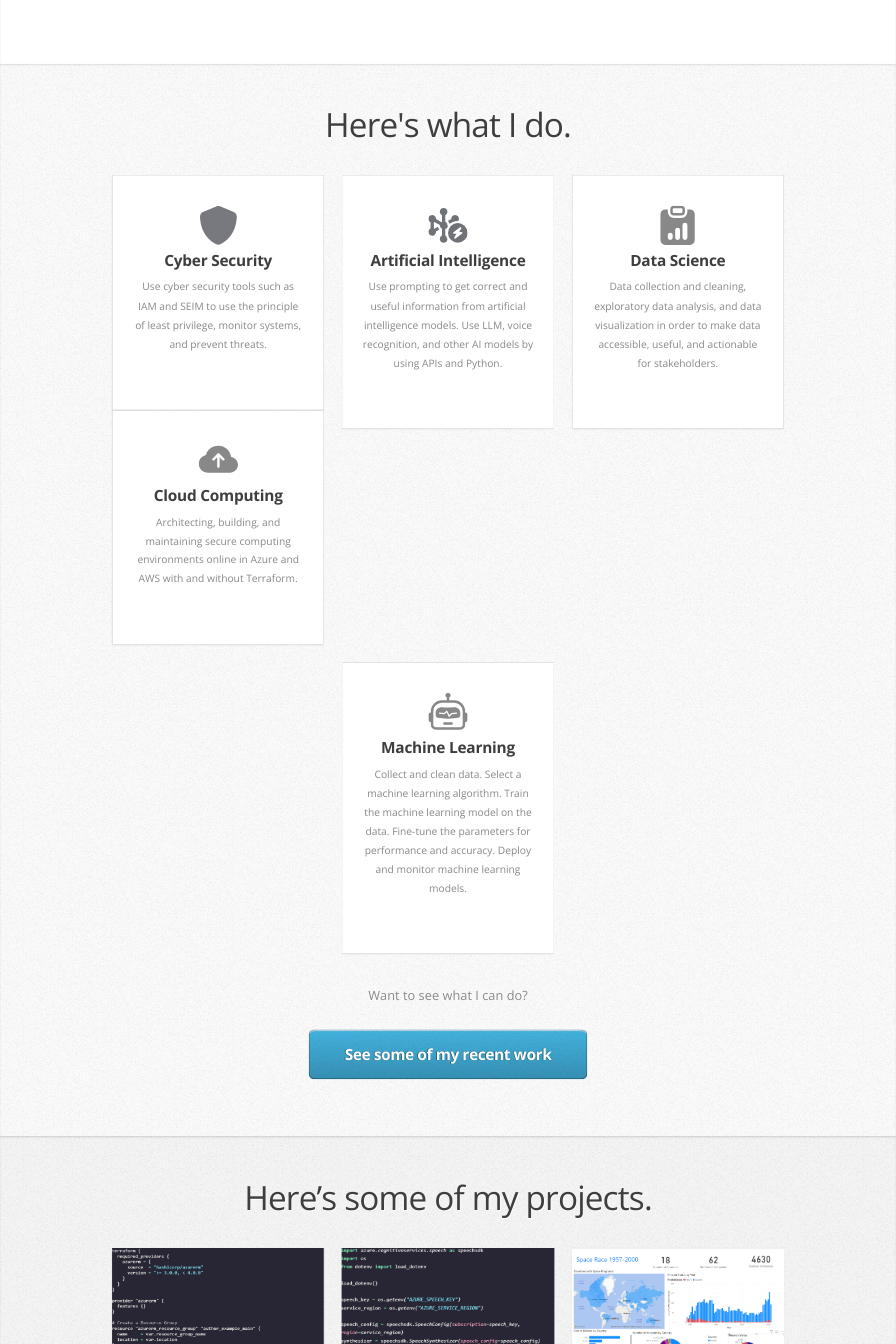
Repository: lauralstephenson/Portfolio_Personal
Page: index.html
An editor plug-in stored every save of this project. The page is shown before and after the next save, followed by the edit.
The browser window is 1280 px wide. The pictures show the part of the page from y = 547 to 2467 px (the page is 4752 px tall before and 4310 px after), at 70% of full size.

Above is the page before, as saved 2026-04-20 18:54:49.

### index.html
<!DOCTYPE HTML>
<!--
	Miniport by HTML5 UP
	html5up.net | @ajlkn
	Free for personal and commercial use under the CCA 3.0 license (html5up.net/license)
-->

<html lang="en">
	<head>
		<title>Laura Stephenson Cloud Portfolio Webpage</title>
		<meta charset="utf-8">
		<meta name="viewport" content="width=device-width, initial-scale=1">
		<!-- Font Awesome -->
		<link rel="stylesheet" href="https://cdnjs.cloudflare.com/ajax/libs/font-awesome/5.15.4/css/all.min.css">
		<link rel="stylesheet" href="assets/css/main.css">
	</head>
	<body class="is-preload">

		<!-- Nav -->
			<nav id="nav">
				<ul class="container">
					<li><a href="#top">Top</a></li>
					<li><a href="#work">Work</a></li>
					<li><a href="#portfolio">Portfolio</a></li>
					<li><a href="#contact">Contact</a></li>
				</ul>
			</nav>

		<!-- Home -->
			<article id="top" class="wrapper style1">
				<div class="container">
					<div class="row">
						<div class="col-4 col-5-large col-12-medium">
							<span class="image fit"><img src="images/round_cloud_computing.png" alt="" /></span>
						</div>
						<div class="col-8 col-7-large col-12-medium">
							<header>
								<h1>Hi. I'm <strong>Laura Stephenson.</strong></h1>
							</header>
							<p><strong>I'm a cloud and cyber security practitioner, Python coder,
								and machine learning and data scientist.</strong></a></p>
							<a href="#work" class="button large scrolly">Learn about what I do</a>
						</div>
					</div>
				</div>
			</article>

		<!-- Work -->
			<article id="work" class="wrapper style2">
				<div class="container">
					<header>
						<h1>Here's what I do.</h1>
					</header>
					<div class="row aln-center equal-height">
						<div class="col-4 col-6-medium col-12-small">
							<div class="col-4 col-6-medium col-12-small">
							<section class="box style1">
								<div class="box-content">
									<svg xmlns="http://www.w3.org/2000/svg" height="56" width="56" viewBox="0 0 512 512">
										<!--!Font Awesome Free 6.7.2 by @fontawesome - https://fontawesome.com License - https://fontawesome.com/license/free Copyright 2025 Fonticons, Inc.-->
										<path fill="#77797e" d="M256 0c4.6 0 9.2 1 13.4 2.9L457.7 82.8c22 9.3 38.4 31 38.3 57.2c-.5 99.2-41.3 280.7-213.6 363.2c-16.7 8-36.1 8-52.8 0C57.3 420.7 16.5 239.2 16 140c-.1-26.2 16.3-47.9 38.3-57.2L242.7 2.9C246.8 1 251.4 0 256 0z"/>
									</svg>
									<h3>Cyber Security</h3>
									<p>Use cyber security tools such as IAM and SEIM to use the principle of least privilege, monitor systems, and prevent threats.</p>
								</div>
							</section>
						</div>
							<section class="box style1">
								<div class="box-content">
									<svg xmlns="http://www.w3.org/2000/svg"
									width="56" height="56"
									fill="currentColor"
									class="bi bi-cloud-arrow-up-fill"
									viewBox="0 0 16 16">
										<path d="M8 2a5.53 5.53 0 0 0-3.594 1.342c-.766.66-1.321 1.52-1.464 2.383C1.266 6.095 0 7.555 0 9.318 0 11.366 1.708 13 3.781 13h8.906C14.502 13 16 11.57 16 9.773c0-1.636-1.242-2.969-2.834-3.194C12.923 3.999 10.69 2 8 2m2.354 5.146a.5.5 0 0 1-.708.708L8.5 6.707V10.5a.5.5 0 0 1-1 0V6.707L6.354 7.854a.5.5 0 1 1-.708-.708l2-2a.5.5 0 0 1 .708 0z"/>
									</svg>
									<h3>Cloud Computing</h3>
									<p>Architecting, building, and maintaining secure computing environments online in Azure and AWS with and without Terraform.</p>
								</div>
							</section>
						</div>
						<div class="col-4 col-6-medium col-12-small">
							<section class="box style1">
								<div class="box-content">
									<svg xmlns="http://www.w3.org/2000/svg" height="56" width="56" viewBox="0 0 576 512">
										<!--!Font Awesome Free 6.7.2 by @fontawesome - https://fontawesome.com License - https://fontawesome.com/license/free Copyright 2025 Fonticons, Inc.-->
										<path fill="#6f7276" d="M248 106.6c18.9-9 32-28.3 32-50.6c0-30.9-25.1-56-56-56s-56 25.1-56 56c0 22.3 13.1 41.6 32 50.6l0 98.8c-2.8 1.3-5.5 2.9-8 4.7l-80.1-45.8c1.6-20.8-8.6-41.6-27.9-52.8C57.2 96 23 105.2 7.5 132S1.2 193 28 208.5c1.3 .8 2.6 1.5 4 2.1l0 90.8c-1.3 .6-2.7 1.3-4 2.1C1.2 319-8 353.2 7.5 380S57.2 416 84 400.5c19.3-11.1 29.4-32 27.8-52.8l50.5-28.9c-11.5-11.2-19.9-25.6-23.8-41.7L88 306.1c-2.6-1.8-5.2-3.3-8-4.7l0-90.8c2.8-1.3 5.5-2.9 8-4.7l80.1 45.8c-.1 1.4-.2 2.8-.2 4.3c0 22.3 13.1 41.6 32 50.6l0 98.8c-18.9 9-32 28.3-32 50.6c0 30.9 25.1 56 56 56c30.7 0 55.6-24.7 56-55.2c-7.5-12.9-13.5-26.8-17.6-41.5c-4.2-4-9.1-7.3-14.4-9.9l0-98.8c2.8-1.3 5.5-2.9 8-4.7l10.5 6c5.5-15.3 13.1-29.5 22.4-42.5l-9.1-5.2c.1-1.4 .2-2.8 .2-4.3c0-22.3-13.1-41.6-32-50.6l0-98.8zM440.5 132C425 105.2 390.8 96 364 111.5c-19.3 11.1-29.4 32-27.8 52.8l-50.6 28.9c11.5 11.2 19.9 25.6 23.8 41.7L360 205.9c.4 .3 .8 .6 1.3 .9c21.7-9.5 45.6-14.8 70.8-14.8c2 0 4 0 5.9 .1c12.1-17.3 13.8-40.6 2.6-60.1zM432 512a144 144 0 1 0 0-288 144 144 0 1 0 0 288zm47.9-225c4.3 3.7 5.4 9.9 2.6 14.9L452.4 356l35.6 0c5.2 0 9.8 3.3 11.4 8.2s-.1 10.3-4.2 13.4l-96 72c-4.5 3.4-10.8 3.2-15.1-.6s-5.4-9.9-2.6-14.9L411.6 380 376 380c-5.2 0-9.8-3.3-11.4-8.2s.1-10.3 4.2-13.4l96-72c4.5-3.4 10.8-3.2 15.1 .6z"/>
									</svg>
									<h3>Artificial Intelligence</h3>
									<p>Use prompting to get correct and useful information from artificial intelligence models. Use LLM, voice recognition, and other AI models by using APIs and Python.</p>
								</div>
							</section>
						</div>
						<div class="col-4 col-6-medium col-12-small">
							<section class="box style1">
								<div class="box-content">
									<svg xmlns="http://www.w3.org/2000/svg" width="56" height="56" fill="currentColor" class="bi bi-clipboard-data-fill" viewBox="0 0 16 16">
										<path d="M6.5 0A1.5 1.5 0 0 0 5 1.5v1A1.5 1.5 0 0 0 6.5 4h3A1.5 1.5 0 0 0 11 2.5v-1A1.5 1.5 0 0 0 9.5 0zm3 1a.5.5 0 0 1 .5.5v1a.5.5 0 0 1-.5.5h-3a.5.5 0 0 1-.5-.5v-1a.5.5 0 0 1 .5-.5z"/>
										<path d="M4 1.5H3a2 2 0 0 0-2 2V14a2 2 0 0 0 2 2h10a2 2 0 0 0 2-2V3.5a2 2 0 0 0-2-2h-1v1A2.5 2.5 0 0 1 9.5 5h-3A2.5 2.5 0 0 1 4 2.5zM10 8a1 1 0 1 1 2 0v5a1 1 0 1 1-2 0zm-6 4a1 1 0 1 1 2 0v1a1 1 0 1 1-2 0zm4-3a1 1 0 0 1 1 1v3a1 1 0 1 1-2 0v-3a1 1 0 0 1 1-1"/>
									</svg>
									<h3>Data Science</h3>
									<p>Data collection and cleaning, exploratory data analysis, and data visualization
										in order to make data accessible, useful, and actionable for stakeholders.</p>
								</div>
							</section>
						</div>
						<div class="col-4 col-6-medium col-12-small">
							<section class="box style1">
									<div class="box-content">
									<svg xmlns="http://www.w3.org/2000/svg" width="56" height="56" fill="currentColor" class="bi bi-robot" viewBox="0 0 16 16">
										<path d="M6 12.5a.5.5 0 0 1 .5-.5h3a.5.5 0 0 1 0 1h-3a.5.5 0 0 1-.5-.5M3 8.062C3 6.76 4.235 5.765 5.53 5.886a26.6 26.6 0 0 0 4.94 0C11.765 5.765 13 6.76 13 8.062v1.157a.93.93 0 0 1-.765.935c-.845.147-2.34.346-4.235.346s-3.39-.2-4.235-.346A.93.93 0 0 1 3 9.219zm4.542-.827a.25.25 0 0 0-.217.068l-.92.9a25 25 0 0 1-1.871-.183.25.25 0 0 0-.068.495c.55.076 1.232.149 2.02.193a.25.25 0 0 0 .189-.071l.754-.736.847 1.71a.25.25 0 0 0 .404.062l.932-.97a25 25 0 0 0 1.922-.188.25.25 0 0 0-.068-.495c-.538.074-1.207.145-1.98.189a.25.25 0 0 0-.166.076l-.754.785-.842-1.7a.25.25 0 0 0-.182-.135"/>
										<path d="M8.5 1.866a1 1 0 1 0-1 0V3h-2A4.5 4.5 0 0 0 1 7.5V8a1 1 0 0 0-1 1v2a1 1 0 0 0 1 1v1a2 2 0 0 0 2 2h10a2 2 0 0 0 2-2v-1a1 1 0 0 0 1-1V9a1 1 0 0 0-1-1v-.5A4.5 4.5 0 0 0 10.5 3h-2zM14 7.5V13a1 1 0 0 1-1 1H3a1 1 0 0 1-1-1V7.5A3.5 3.5 0 0 1 5.5 4h5A3.5 3.5 0 0 1 14 7.5"/>
									</svg>
									<h3>Machine Learning</h3>
									<p>Collect and clean data. Select a machine learning algorithm.
										Train the machine learning model on the data. Fine-tune the parameters for
										performance and accuracy. Deploy and monitor machine learning models.</p>
								</div>
							</section>
						</div>
					</div>
					<footer>
						<p>Want to see what I can do?</p>
						<a href="#portfolio" class="button large scrolly">See some of my recent work</a>
					</footer>
				</div>
			</article>

		<!-- Portfolio -->
			<article id="portfolio" class="wrapper style3">
				<div class="container">
					<header>
						<h1>Here’s some of my projects.</h1>
					</header>
					<div class="row aln-center equal-height">
						<div class="col-4 col-6-medium col-12-small">
							<article class="box style2">
								<div class="box-content">
									<a href="https://github.com/lauralstephenson/pseudocode_terraform_examples_for_website" class="image featured"><img src="images\terraform_portfolio_pic.png" alt="" /></a>
									<h3><a href="https://github.com/lauralstephenson/pseudocode_terraform_examples_for_website">Terraform project</a></h3>
									<p>I created this Terraform project to move an author website to Azure,
										containerize it, add a database for subscribers, add secrets to an
										Azure Key Vault, lock the Terraform file, and add listeners for both
										email opt-outs and for the reader magnet.
									</p>
								</div>
							</article>
						</div>
						<div class="col-4 col-6-medium col-12-small">
							<article class="box style2">
								<div class="box-content">
									<a href="https://github.com/lauralstephenson/cloud_py_portfolio/tree/main/Text_to_Speech" class="image featured"><img src="images\screenshot_text_to_speech_app.png" alt="" /></a>
									<h3><a href="https://github.com/lauralstephenson/cloud_py_portfolio/tree/main/Text_to_Speech">Text to Speech App</a></h3>
									<p>This app uses Azure's text-to-speech to help authors
										hear the voices of their characters and to catch errors
										by listening to their work.
									</p>
								</div>
							</article>
						</div>
						<div class="col-4 col-6-medium col-12-small">
							<article class="box style2">
								<div class="box-content">
									<a href="https://github.com/lauralstephenson/cloud_py_portfolio/tree/main/Space_Race" class="image featured"><img src="images/space_race.png" alt="" /></a>
									<h3><a href="https://github.com/lauralstephenson/cloud_py_portfolio/tree/main/Space_Race">Space Race</a></h3>
									<p>This is an analysis of the worldwide space race since 1957.</p>
								</div>
							</article>
						</div>
						<div class="col-4 col-6-medium col-12-small">
							<article class="box style2">
								<div class="box-content">
									<a href="https://github.com/lauralstephenson/cloud_py_portfolio/tree/main/Dog_Breed" class="image featured"><img src="images/dog_breed_identification_project.png" alt="" /></a>
									<h3><a href="https://github.com/lauralstephenson/cloud_py_portfolio/tree/main/Dog_Breed">Dog Breed Identification Project</a></h3>
									<p>This is a machine learning project to identify the breeds of dogs in photos.</p>
								</div>
							</article>
						</div>
						<div class="col-4 col-6-medium col-12-small">
							<article class="box style2">
								<div class="box-content">
									<a href="https://github.com/lauralstephenson/cloud_py_portfolio/tree/main/Bulldozer_Price_Regression" class="image featured"><img src="images/bulldozer_price_regression_project.png" alt="" /></a>
									<h3><a href="https://github.com/lauralstephenson/cloud_py_portfolio/tree/main/Bulldozer_Price_Regression">Bulldozer Price Regression Project</a></h3>
									<p>This is a price regression project to predict the price of bulldozers.</p>
								</div>
							</article>
						</div>
						<div class="col-4 col-6-medium col-12-small">
							<article class="box style2">
								<div class="box-content">
									<a href="https://medium.com/@lstephenson556/creating-a-text-to-speech-app-with-azure-a-writers-guide-46cbf42556f0" class="image featured"><img src="images\screenshot_medium_text_to_speech_article.png" alt="" /></a>
									<h3><a href="https://medium.com/@lstephenson556/creating-a-text-to-speech-app-with-azure-a-writers-guide-46cbf42556f0">Medium Article on the Text-to-Speech Project</a></h3>
									<p>This is the article I wrote and published on Medium for my Text-to-Speech app project.</p>
								</div>
							</article>
						</div>
						<div class="col-4 col-6-medium col-12-small">
							<article class="box style2">
								<div class="box-content">
									<a href="https://medium.com/@lstephenson556/moving-a-website-to-azure-using-terraform-an-authors-journey-1ab68dd8db76"
									class="image featured"><img src="images\screenshot_medium_terraform_azure_article.png" alt="" /></a>
									<h3><a href="https://medium.com/@lstephenson556/moving-a-website-to-azure-using-terraform-an-authors-journey-1ab68dd8db76">Medium Article on Moving a Website to Azure Using Terraform Project</a></h3>
									<p>This is the article I wrote and published on Medium for my Terraform Azure project to move a website to Azure.</p>
								</div>
							</article>
						</div>
						<div class="col-4 col-6-medium col-12-small">
							<article class="box style2">
								<div class="box-content">
									<a href="https://medium.com/@lstephenson556/cybersecurity-aspects-of-creating-an-author-website-with-terraform-12f4682b89b7"
									class="image featured"><img src="images/cybersecurity_plan_medium.png" alt="Segment of Medium article about a cybersecurity plan" /></a>
									<h3><a href="https://medium.com/@lstephenson556/cybersecurity-aspects-of-creating-an-author-website-with-terraform-12f4682b89b7">Medium Article on the Cybersecurity Aspects of the Azure Project</a></h3>
									<p>This is the article I wrote and published on Medium about the cybersecurity aspects for my Terraform Azure project to move a website to Azure.</p>
								</div>
							</article>
						</div>
						<div class="col-4 col-6-medium col-12-small">
							<article class="box style2">
								<div class="box-content">
									<a href="Cybersecurity Plan For A Small Author Business.pdf"
									class="image featured"><img src="images/cybersecurity_plan.png" alt="Snap of Cybersecurity Plan" /></a>
									<h3><a href="Cybersecurity Plan For A Small Author Business.pdf">Cybersecurity Plan for an Author's Small Business</a></h3>
									<p>This is a cybersecurity plan I developed and implemented for a small author website.</p>
								</div>
							</article>
						</div>
					</div>
					<footer>
						<p>Want to learn more?</p>
						<a href="mailto:laurastephensoncareer@gmail.com" class="button large scrolly">Get in touch with me</a>
					</footer>
				</div>
			</article>

		<!-- Contact
			<article id="contact" class="wrapper style4">
				<div class="container medium">
					<header>
						<h2>Let me build for you.</h2>
						<p>Contact me.</p>
					</header>
					<div class="row">
						<div class="col-12">
							<form method="post" action="https://<your-function-app-name>.azurewebsites.net/api/send-email">
								<div class="row">
									<div class="col-6 col-12-small">
										<input type="text" name="name" id="name" placeholder="Name" />
									</div>
									<div class="col-6 col-12-small">
										<input type="text" name="email" id="email" placeholder="Email" />
									</div>
									<div class="col-12">
										<input type="text" name="subject" id="subject" placeholder="Subject" />
									</div>
									<div class="col-12">
										<textarea name="message" id="message" placeholder="Message"></textarea>
									</div>
									<div class="col-12">
										<ul class="actions">
											<li><input type="submit" value="Send Message" /></li>
											<li><input type="reset" value="Clear Form" class="alt" /></li>
										</ul>
									</div>
								</div>
							</form>
						</div -->

						<div class="col-12 center-content footer-custom">
							<hr />
							<p class="find-me-on">Find me on...</p>
							<div class="footer-custom">
								<ul class="social">
									<li><a href="https://www.linkedin.com/in/laurastephenson82/">
										<i class="fab fa-linkedin"></i></a></li>
									<li><a href="https://github.com/lauralstephenson/">
										<i class="fab fa-github"></i></a></li>
									<li><a href="mailto:laurastephensoncareer@gmail.com">
										<i class="fas fa-envelope"></i></a></li>
								</ul>
							</div>
							<hr />
						</div>



						<footer>
							<div class="footer-custom">
								<ul id="copyright">
									<li>&copy; Laura Stephenson © 2024. All rights reserved.</li>
									<li>Design: <a href="http://html5up.net">HTML5 UP</a></li>
								</ul>
						</footer>

			<!--
								<li><a href="#" class="icon brands fa-twitter"><span class="label">Twitter</span></a></li>
								<li><a href="#" class="icon brands fa-tumblr"><span class="label">Tumblr</span></a></li>
								<li><a href="#" class="icon solid fa-rss"><span>RSS</span></a></li>
								<li><a href="#" class="icon brands fa-instagram"><span>Instagram</span></a></li>
								<li><a href="#" class="icon brands fa-foursquare"><span>Foursquare</span></a></li>
								<li><a href="#" class="icon brands fa-skype"><span>Skype</span></a></li>
								<li><a href="#" class="icon brands fa-soundcloud"><span>Soundcloud</span></a></li>
								<li><a href="#" class="icon brands fa-youtube"><span>YouTube</span></a></li>
								<li><a href="#" class="icon brands fa-blogger"><span>Blogger</span></a></li>
								<li><a href="#" class="icon brands fa-flickr"><span>Flickr</span></a></li>
								<li><a href="#" class="icon brands fa-vimeo"><span>Vimeo</span></a></li>
								-->

		<!-- Scripts -->
			<script src="assets/js/jquery.min.js"></script>
			<script src="assets/js/jquery.scrolly.min.js"></script>
			<script src="assets/js/browser.min.js"></script>
			<script src="assets/js/breakpoints.min.js"></script>
			<script src="assets/js/util.js"></script>
			<script src="assets/js/main.js"></script>

	</body>
</html>

Loaded but not shown: assets/js/jquery.min.js (library); assets/js/jquery.scrolly.min.js (common file); assets/js/browser.min.js (common file); assets/js/breakpoints.min.js (common file); assets/js/util.js (587 lines, source omitted); assets/js/main.js (34 lines, source omitted); assets/css/main.css (2549 lines, source omitted)

After the next save:
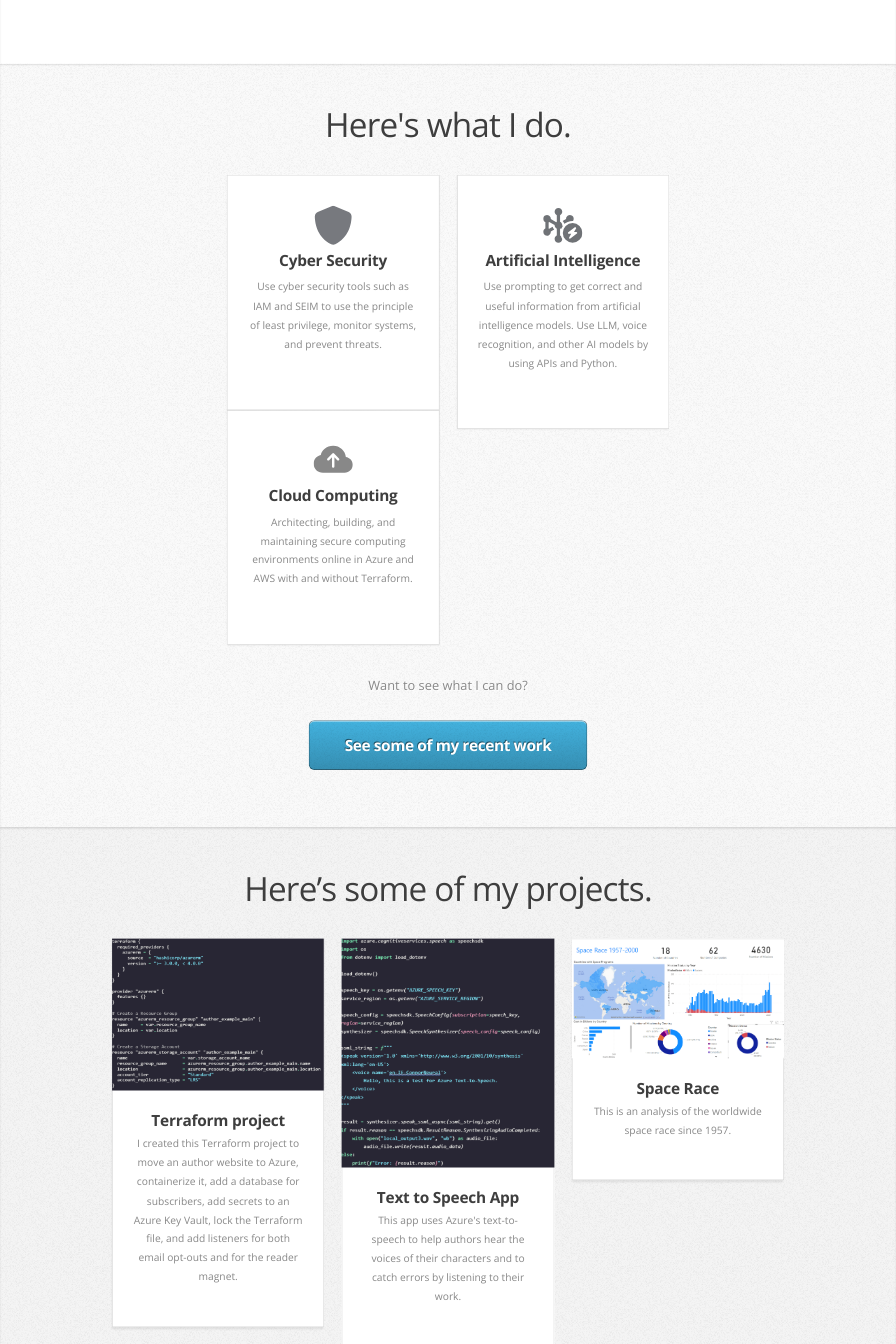
Saved 19 h 17 min later.
--- a/index.html
+++ b/index.html
@@ -91,33 +91,7 @@
 								</div>
 							</section>
 						</div>
-						<div class="col-4 col-6-medium col-12-small">
-							<section class="box style1">
-								<div class="box-content">
-									<svg xmlns="http://www.w3.org/2000/svg" width="56" height="56" fill="currentColor" class="bi bi-clipboard-data-fill" viewBox="0 0 16 16">
-										<path d="M6.5 0A1.5 1.5 0 0 0 5 1.5v1A1.5 1.5 0 0 0 6.5 4h3A1.5 1.5 0 0 0 11 2.5v-1A1.5 1.5 0 0 0 9.5 0zm3 1a.5.5 0 0 1 .5.5v1a.5.5 0 0 1-.5.5h-3a.5.5 0 0 1-.5-.5v-1a.5.5 0 0 1 .5-.5z"/>
-										<path d="M4 1.5H3a2 2 0 0 0-2 2V14a2 2 0 0 0 2 2h10a2 2 0 0 0 2-2V3.5a2 2 0 0 0-2-2h-1v1A2.5 2.5 0 0 1 9.5 5h-3A2.5 2.5 0 0 1 4 2.5zM10 8a1 1 0 1 1 2 0v5a1 1 0 1 1-2 0zm-6 4a1 1 0 1 1 2 0v1a1 1 0 1 1-2 0zm4-3a1 1 0 0 1 1 1v3a1 1 0 1 1-2 0v-3a1 1 0 0 1 1-1"/>
-									</svg>
-									<h3>Data Science</h3>
-									<p>Data collection and cleaning, exploratory data analysis, and data visualization
-										in order to make data accessible, useful, and actionable for stakeholders.</p>
-								</div>
-							</section>
-						</div>
-						<div class="col-4 col-6-medium col-12-small">
-							<section class="box style1">
-									<div class="box-content">
-									<svg xmlns="http://www.w3.org/2000/svg" width="56" height="56" fill="currentColor" class="bi bi-robot" viewBox="0 0 16 16">
-										<path d="M6 12.5a.5.5 0 0 1 .5-.5h3a.5.5 0 0 1 0 1h-3a.5.5 0 0 1-.5-.5M3 8.062C3 6.76 4.235 5.765 5.53 5.886a26.6 26.6 0 0 0 4.94 0C11.765 5.765 13 6.76 13 8.062v1.157a.93.93 0 0 1-.765.935c-.845.147-2.34.346-4.235.346s-3.39-.2-4.235-.346A.93.93 0 0 1 3 9.219zm4.542-.827a.25.25 0 0 0-.217.068l-.92.9a25 25 0 0 1-1.871-.183.25.25 0 0 0-.068.495c.55.076 1.232.149 2.02.193a.25.25 0 0 0 .189-.071l.754-.736.847 1.71a.25.25 0 0 0 .404.062l.932-.97a25 25 0 0 0 1.922-.188.25.25 0 0 0-.068-.495c-.538.074-1.207.145-1.98.189a.25.25 0 0 0-.166.076l-.754.785-.842-1.7a.25.25 0 0 0-.182-.135"/>
-										<path d="M8.5 1.866a1 1 0 1 0-1 0V3h-2A4.5 4.5 0 0 0 1 7.5V8a1 1 0 0 0-1 1v2a1 1 0 0 0 1 1v1a2 2 0 0 0 2 2h10a2 2 0 0 0 2-2v-1a1 1 0 0 0 1-1V9a1 1 0 0 0-1-1v-.5A4.5 4.5 0 0 0 10.5 3h-2zM14 7.5V13a1 1 0 0 1-1 1H3a1 1 0 0 1-1-1V7.5A3.5 3.5 0 0 1 5.5 4h5A3.5 3.5 0 0 1 14 7.5"/>
-									</svg>
-									<h3>Machine Learning</h3>
-									<p>Collect and clean data. Select a machine learning algorithm.
-										Train the machine learning model on the data. Fine-tune the parameters for
-										performance and accuracy. Deploy and monitor machine learning models.</p>
-								</div>
-							</section>
-						</div>
+
 					</div>
 					<footer>
 						<p>Want to see what I can do?</p>
